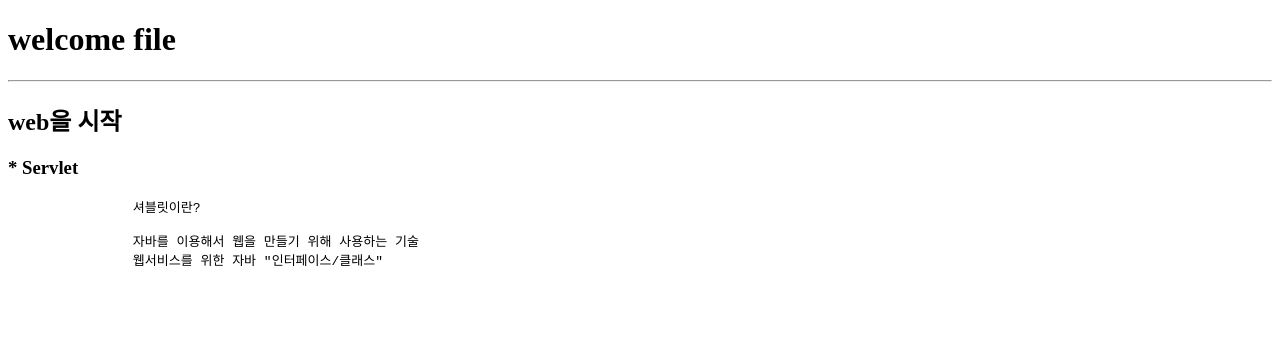
Repository: ghksl0204-shapa/dynamic-web
Page: MyFirstWebProject/src/main/webapp/index.html
These files come from the project's save history. The page is drawn as it stood at one moment and after the next save; the edit follows.
The browser window is 1280 px wide. The pictures show the whole page.

Above is the page before, as saved 2026-05-04 03:22:27.

After the next save:
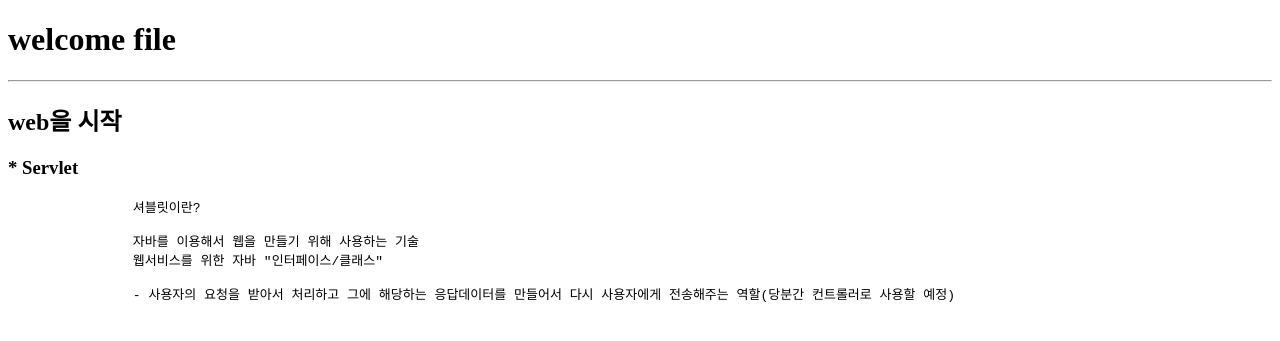
Saved 46 s later.
--- a/MyFirstWebProject/src/main/webapp/index.html
+++ b/MyFirstWebProject/src/main/webapp/index.html
@@ -50,6 +50,8 @@
 
 		자바를 이용해서 웹을 만들기 위해 사용하는 기술
 		웹서비스를 위한 자바 "인터페이스/클래스"
+
+		- 사용자의 요청을 받아서 처리하고 그에 해당하는 응답데이터를 만들어서 다시 사용자에게 전송해주는 역할(당분간 컨트롤러로 사용할 예정)
 	</pre>
 
 </body>
